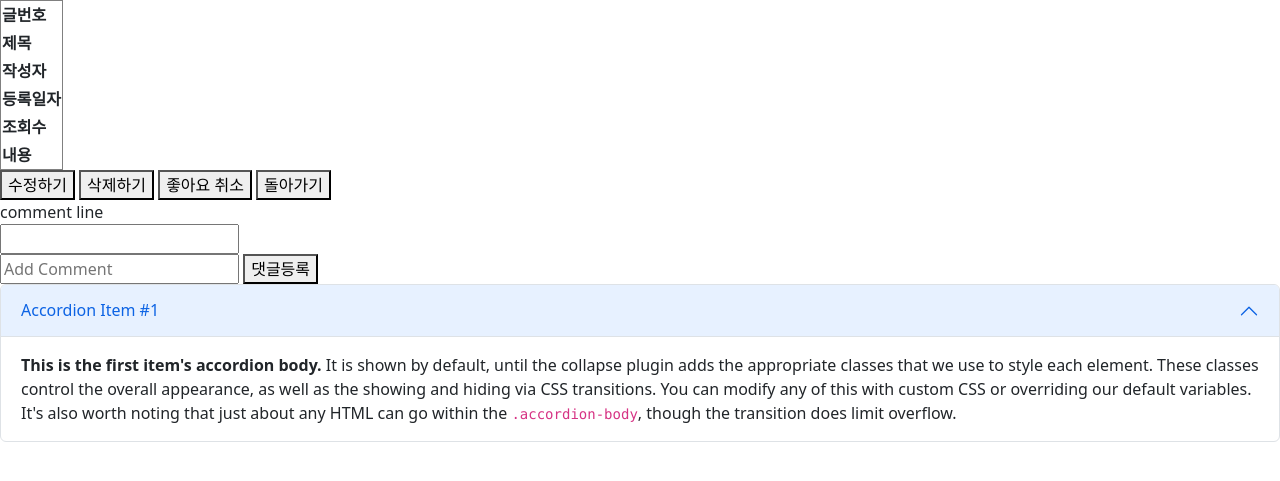
Repository: WoodongMaster/JSP_Workspace
Page: http://localhost/jsp_project/board/post.jsp
The author's editor kept a copy of each file at every save. The page is drawn from the files as they stood at one save, then again after the next save.
The browser window is 1280 px wide. The pictures show the whole page.
The page is served by Tomcat 9. Other server files are loaded and not shown. The template is opened directly, without the code that normally fills it, so the values that code supplies are empty.

Above is the page before, as saved 2023-05-19 02:19:07.

### jsp_project3/jsp_project/src/main/webapp/board/post.jsp
<%@ page language="java" contentType="text/html; charset=UTF-8"
	pageEncoding="UTF-8"%>
<%@ taglib uri="http://java.sun.com/jsp/jstl/core" prefix="c"%>
<!-- CSS only -->
<link href="https://cdn.jsdelivr.net/npm/bootstrap@5.2.3/dist/css/bootstrap.min.css"
rel="stylesheet" integrity="sha384-rbsA2VBKQhggwzxH7pPCaAqO46MgnOM80zW1RWuH61DGLwZJEdK2Kadq2F9CUG65" c
rossorigin="anonymous">
<!-- JavaScript Bundle with Popper -->
<script src="https://cdn.jsdelivr.net/npm/bootstrap@5.2.3/dist/js/bootstrap.bundle.min.js"
integrity="sha384-kenU1KFdBIe4zVF0s0G1M5b4hcpxyD9F7jL+jjXkk+Q2h455rYXK/7HAuoJl+0I4"
crossorigin="anonymous"></script>
<!DOCTYPE html>
<html>
<head>
<meta charset="UTF-8">
<title>게시글 상세보기 페이지</title>
</head>
<body>

	<table border="1">
		<tr>
			<th>글번호</th>
		</tr>
		<tr align="center">
			<td>${post.bnum}</td>
		</tr>
		<tr>
			<th>제목</th>
		</tr>
		<tr align="center">
			<td>${post.title}</td>
		</tr>
		<tr>
			<th>작성자</th>
		</tr>
		<tr align="center">
			<td>${post.writer}</td>
		</tr>
		<tr>
			<th>등록일자</th>
		</tr>
		<tr align="center">
			<td>${post.write_date}</td>
		</tr>
		<tr>
			<th>조회수</th>
		</tr>
		<tr align="center">
			<td>${post.count}</td>
		</tr>
		<tr>
			<th>내용</th>
		</tr>
		<tr align="center">
			<td>${post.post}</td>
		</tr>
	</table>

	<c:if test="${post.writer eq sesID}">
		<a href="/brd/modify?bnum=${post.bnum}"><button>수정하기</button></a>
		<a href="/brd/remove?bnum=${post.bnum}"><button>삭제하기</button></a>
	</c:if>

	<c:choose>
		<c:when test="${not empty sesID}">
			<a href="/brd/like?bnum=${post.bnum}&value=true"><button>좋아요</button></a>
		</c:when>
		<c:otherwise>
			<a href="/brd/like?bnum=${post.bnum}&value=false"><button>좋아요 취소</button></a>
		</c:otherwise>
	</c:choose>

	<a href="/brd/list"><button>돌아가기</button></a>

	<div>
	comment line<br>
	<%-- 댓글 작성 라인 --%>
	<input type="text" id="cmtWriter" value="${ses.id}" readonly="readonly"><br>
	<input type="text" id="cmtText" placeholder = "Add Comment">
	<button type="button" id="cmtAddBtn">댓글등록</button>
	</div>

	<%-- 댓글 표시 라인 --%>
<div class="accordion" id="accordionExample">
  <div class="accordion-item">
    <h2 class="accordion-header" id="headingOne">
      <button class="accordion-button" type="button" data-bs-toggle="collapse" data-bs-target="#collapseOne" aria-expanded="true" aria-controls="collapseOne">
        Accordion Item #1
      </button>
    </h2>
    <div id="collapseOne" class="accordion-collapse collapse show" aria-labelledby="headingOne" data-bs-parent="#accordionExample">
      <div class="accordion-body">
        <strong>This is the first item's accordion body.</strong> It is shown by default, until the collapse plugin adds the appropriate classes that we use to style each element. These classes control the overall appearance, as well as the showing and hiding via CSS transitions. You can modify any of this with custom CSS or overriding our default variables. It's also worth noting that just about any HTML can go within the <code>.accordion-body</code>, though the transition does limit overflow.
      </div>
    </div>
  </div>
</div>

</body>
</html>

After the next save:
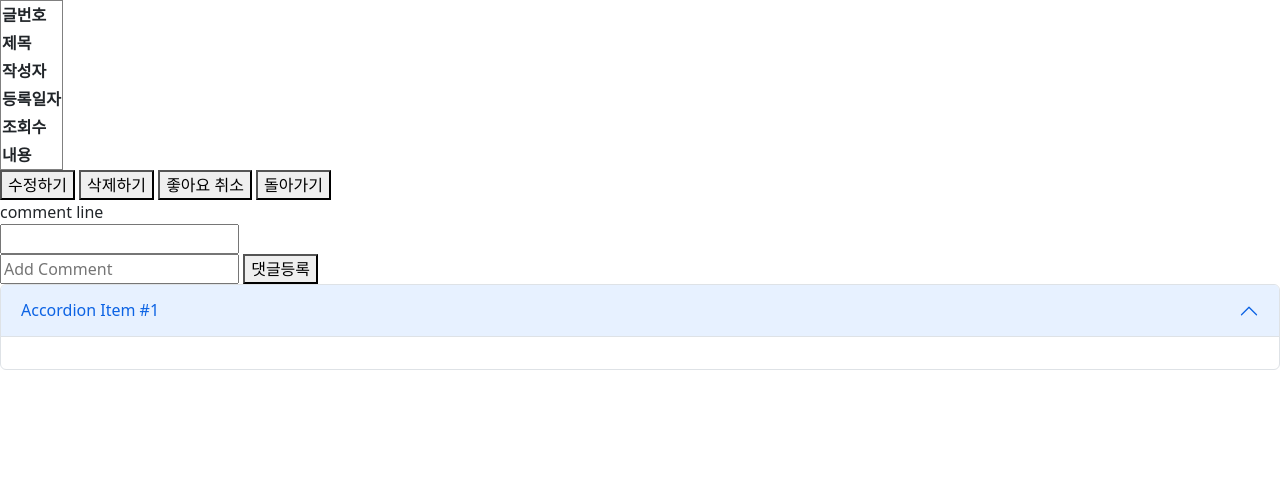
Saved 99 s later.
--- a/jsp_project3/jsp_project/src/main/webapp/board/post.jsp
+++ b/jsp_project3/jsp_project/src/main/webapp/board/post.jsp
@@ -90,7 +90,6 @@ crossorigin="anonymous"></script>
     </h2>
     <div id="collapseOne" class="accordion-collapse collapse show" aria-labelledby="headingOne" data-bs-parent="#accordionExample">
       <div class="accordion-body">
-        <strong>This is the first item's accordion body.</strong> It is shown by default, until the collapse plugin adds the appropriate classes that we use to style each element. These classes control the overall appearance, as well as the showing and hiding via CSS transitions. You can modify any of this with custom CSS or overriding our default variables. It's also worth noting that just about any HTML can go within the <code>.accordion-body</code>, though the transition does limit overflow.
       </div>
     </div>
   </div>
